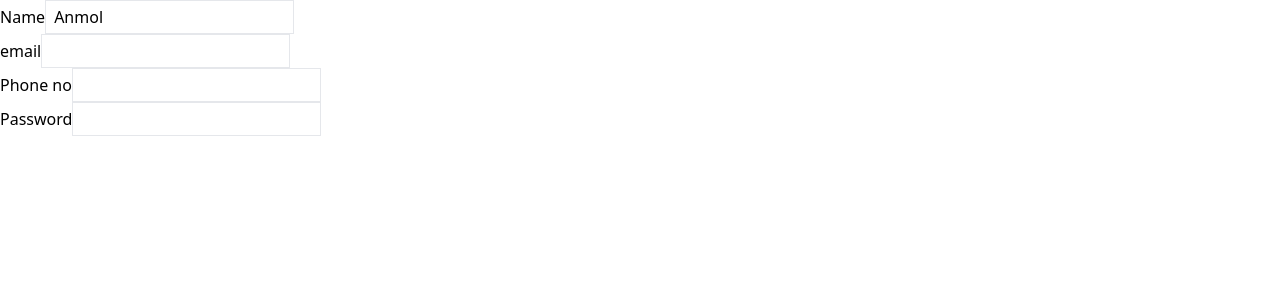
Repository: theanmol-raj/AkshayForm
Page: /
An editor plug-in stored every save of this project. The page is shown before and after the next save, followed by the edit.
The browser window is 1280 px wide. The pictures show the whole page.
The project was rebuilt for these pictures with package versions that can differ from the ones it lists, and the page was loaded fresh each time.

Above is the page before, as saved 2023-01-19 20:31:59.

After the next save:
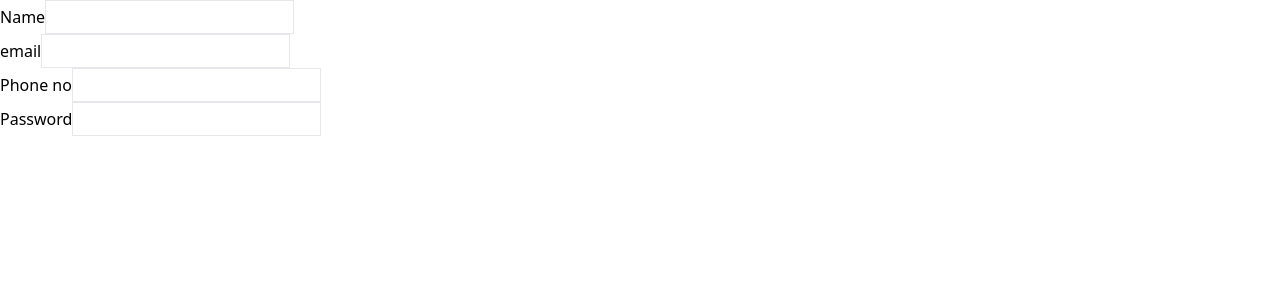
Saved 17 s later.
--- a/src/App.js
+++ b/src/App.js
@@ -4,7 +4,7 @@ import { useState } from "react";
 function App() {
 
   let schema = {
-    name : "Anmol" ,
+    name : "" ,
     email : "" ,
     pno : "" ,
     pass :""
